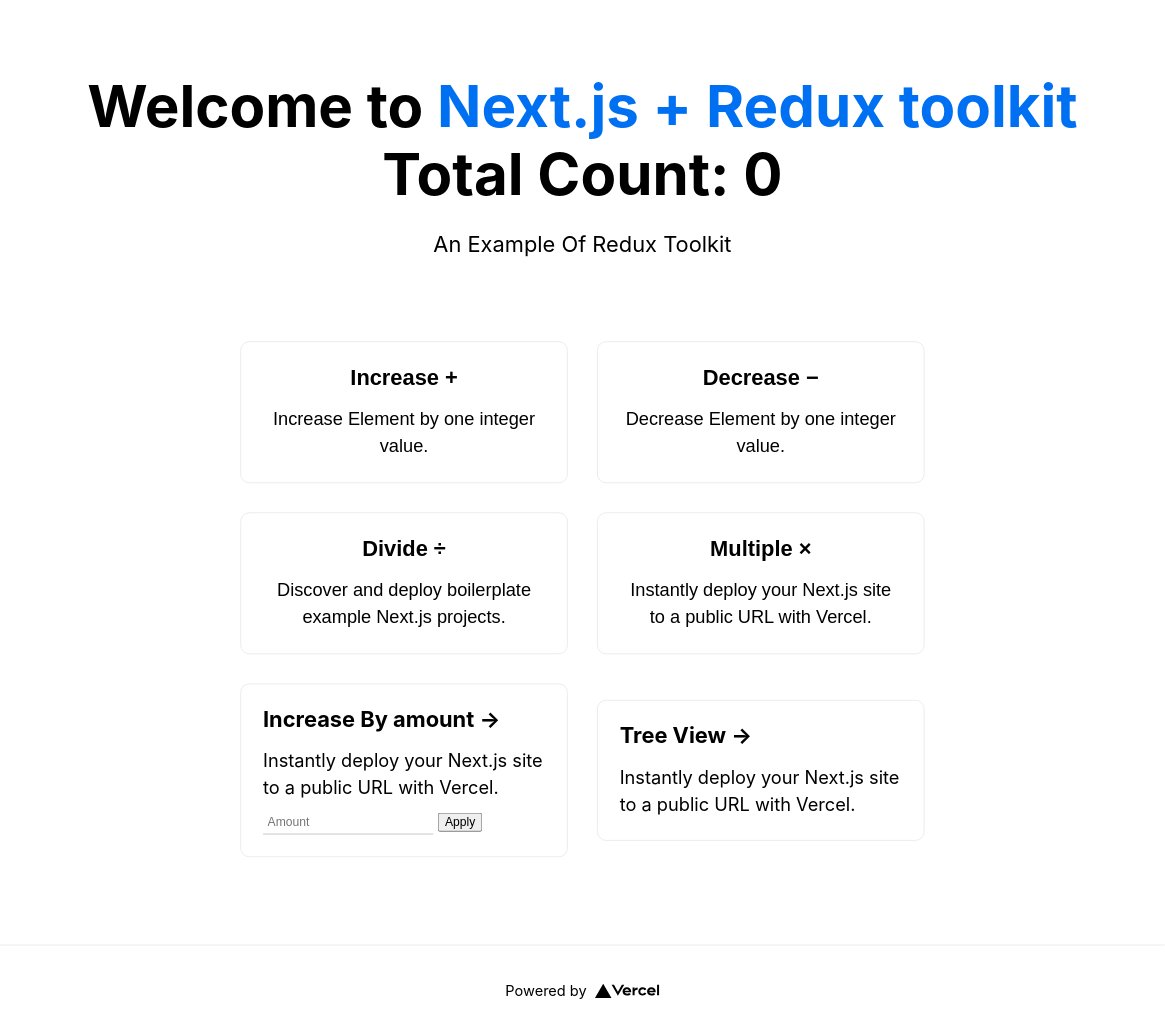
Repository: TECHIE404/Redux-Example
Page: /
These files come from the project's save history. The page is drawn as it stood at one moment and after the next save; the edit follows.
The browser window is 1280 px wide. The pictures show the whole page, at 91% of full size.
The project was rebuilt for these pictures with package versions that can differ from the ones it lists, and the page was loaded fresh each time. The framework's server and built-in components were replaced by stand-ins that run in the browser. Also part of the build but not shown: next.config.js.

Above is the page before, as saved 2022-06-10 01:01:56.

After the next save:
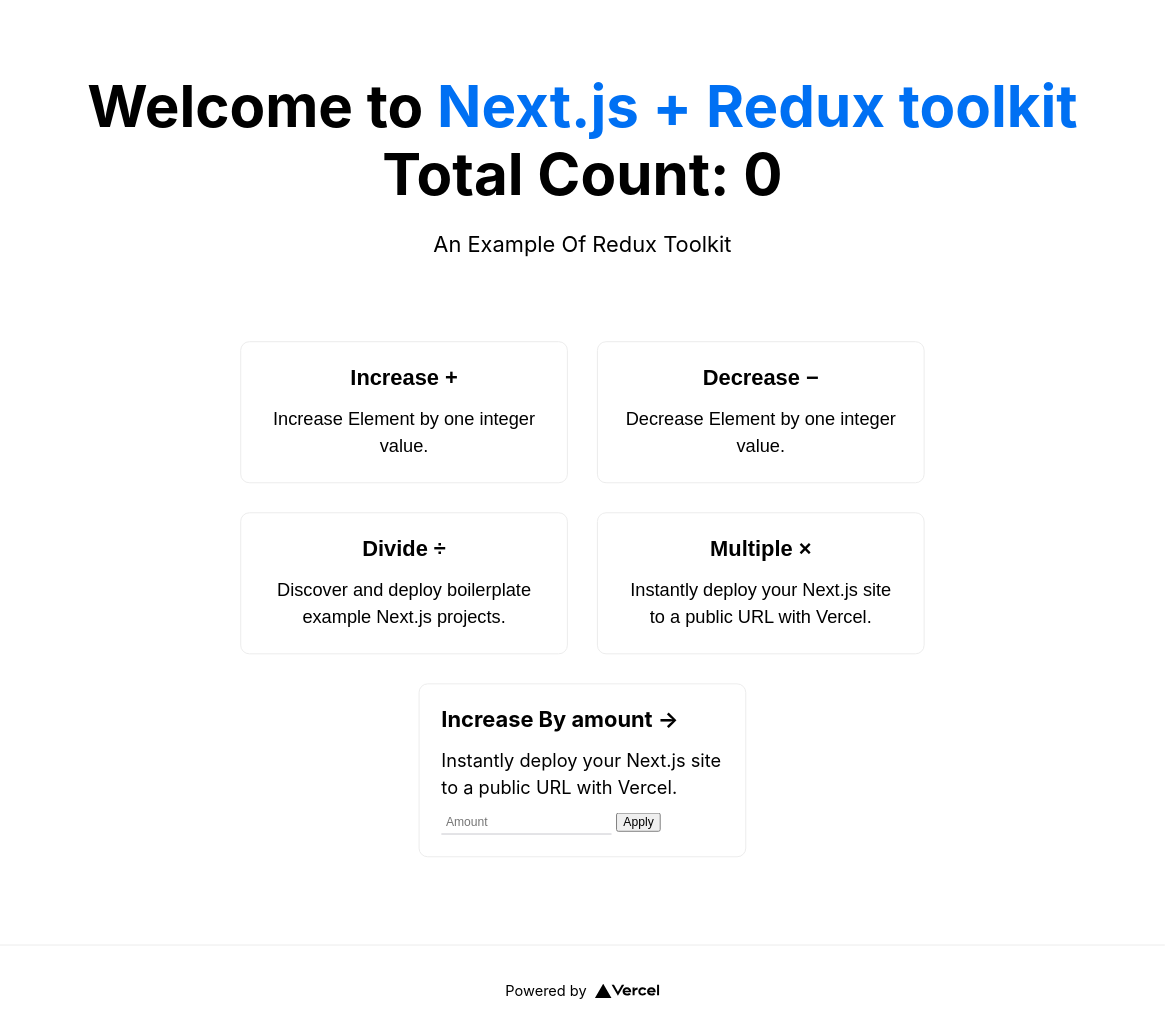
Saved 20 s later.
--- a/src/components/mainPage.js
+++ b/src/components/mainPage.js
@@ -75,14 +75,6 @@
 
             }}>Apply</button>
           </a>
-          <a
-            className={styles.card}
-          >
-            <h2>Tree View &rarr;</h2>
-            <p>
-              Instantly deploy your Next.js site to a public URL with Vercel.
-            </p>
-          </a>
         </div>
       </main>
   )
